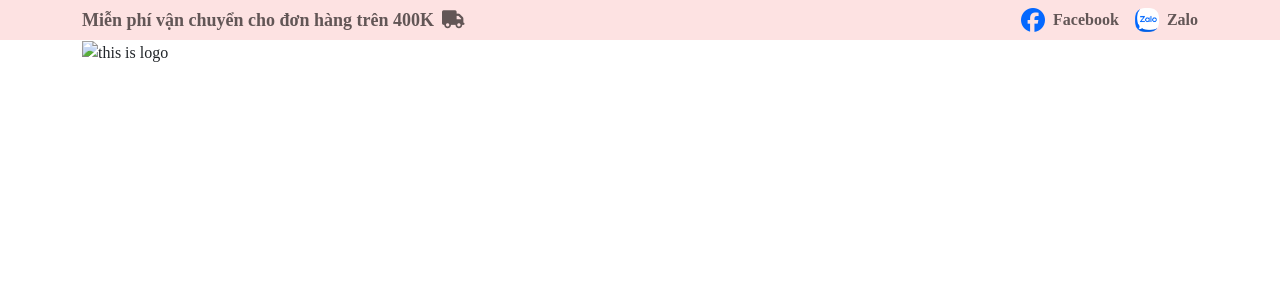
Repository: hoang28092000/kim-store
Page: index.html
An editor plug-in stored every save of this project. The page is shown before and after a run of saves, followed by the edit.
The browser window is 1280 px wide. The pictures show the whole page.
Some web libraries are served in a nearby version.

Above is the page before, as saved 2024-11-01 10:32:22.

### index.html
<!DOCTYPE html>
<html lang="en">
<head>
    <meta charset="UTF-8">
    <meta name="viewport" content="width=device-width, initial-scale=1.0">
    <link href="https://cdn.jsdelivr.net/npm/bootstrap@5.0.2/dist/css/bootstrap.min.css" rel="stylesheet" integrity="sha384-EVSTQN3/azprG1Anm3QDgpJLIm9Nao0Yz1ztcQTwFspd3yD65VohhpuuCOmLASjC" crossorigin="anonymous">
    <link rel="stylesheet" href="https://cdnjs.cloudflare.com/ajax/libs/font-awesome/6.6.0/css/all.min.css" integrity="sha512-Kc323vGBEqzTmouAECnVceyQqyqdsSiqLQISBL29aUW4U/M7pSPA/gEUZQqv1cwx4OnYxTxve5UMg5GT6L4JJg==" crossorigin="anonymous" referrerpolicy="no-referrer" />
    <link rel="stylesheet" href="asset/style.css">
    <title>KIM STORE</title>
</head>
<body>
    <div id="header">
        <div class="top_header ">
                <div class="container d-flex justify-content-between">
                    <div class="r-top_header d-flex align-items-center">
                        <p class="txt_bold mb-0 me-2">Miễn phí vận chuyển cho đơn hàng trên 400K</p>
                    <i class="fa-solid fa-truck icon-truck mb-0"></i>
                    </div>
                    <ul class="icons-header d-flex align-items-center mb-0">
                        <a href="" class="tag-a-top_header">
                            <li class="icon d-flex me-3">
                                <i class="fa-brands fa-facebook icon_fb me-2"></i>
                                <span class="txt-fb">Facebook</span>
                            </li>
                        </a>
                        <a href="" class="tag-a-top_header">
                            <li class="icon d-flex">
                                <img src="asset/image/icon_zalo.webp" alt="this is picture zalo" class="icon_zalo me-2">
                                <span class="txt-zalo">Zalo</span>
                             </li>
                        </a>
                    </ul>
                </div>
        </div>
        <div class="bottom_headder">
            <div class="container">
                <img src="" alt="this is logo" class="img_logo">
            </div>
        </div>
        <div class="main_header">

        </div>
    </div>


    <div id="navbar">

    </div>


    <div id="main">

    </div>


    <div id="footer">

    </div>






    <script src="https://cdn.jsdelivr.net/npm/bootstrap@5.0.2/dist/js/bootstrap.bundle.min.js" integrity="sha384-MrcW6ZMFYlzcLA8Nl+NtUVF0sA7MsXsP1UyJoMp4YLEuNSfAP+JcXn/tWtIaxVXM" crossorigin="anonymous"></script>
</body>
</html>

### asset/style.css
*{
    margin: 0;
    padding: 0;
    box-sizing: border-box;
    font-family: Montserrat;
    list-style: none;
    text-decoration: none;
}
.txt-16px{
    font-size: 16px;
    color: #625656;
}
.txt_bold{
    font-size: 18px;
    color: #625656;
    font-weight: 700;
}
#header{

}
#header .top_header{
    height: 40px;
    background-color: #FDE2E2;
}
.top_header .r-top_header{
    height: 40px;
}
.top_header .icon-truck{
    font-size: 18px;
    color: #625656;
}
.top_header .tag-a-top_header{
    text-decoration: none;
}
.top_header .icon_fb{
    font-size: 24px;
    color: #0468ff;
}
.top_header .icon_zalo{
    width: 24px;
    height: 24px;
}
.top_header .txt-fb , .top_header .txt-zalo{
    font-size: 16px;
    color: #625656;
    font-weight: 600;
}
.top_header .txt-fb:hover , .top_header .txt-zalo:hover{
    color: #fff;
}

After the next 2 saves:
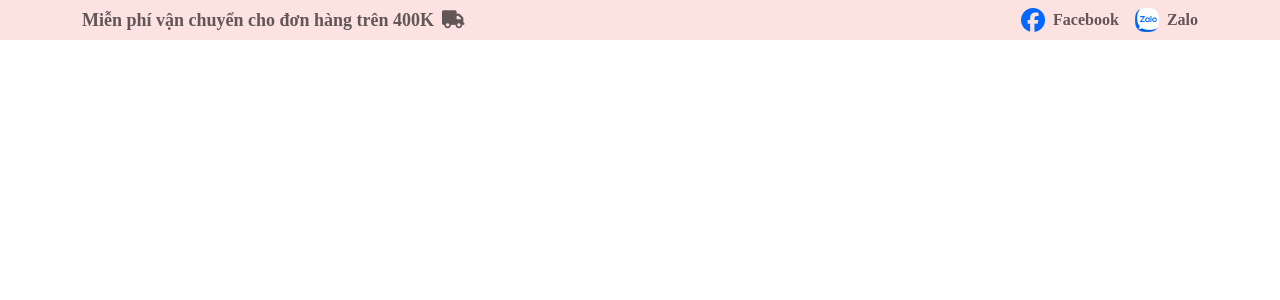
The 2 saves are shown as one change because they came seconds apart.
The last was saved 15 s later.
--- a/index.html
+++ b/index.html
@@ -34,7 +34,7 @@
         </div>
         <div class="bottom_headder">
             <div class="container">
-                <img src="" alt="this is logo" class="img_logo">
+                <a href=""></a>
             </div>
         </div>
         <div class="main_header">
